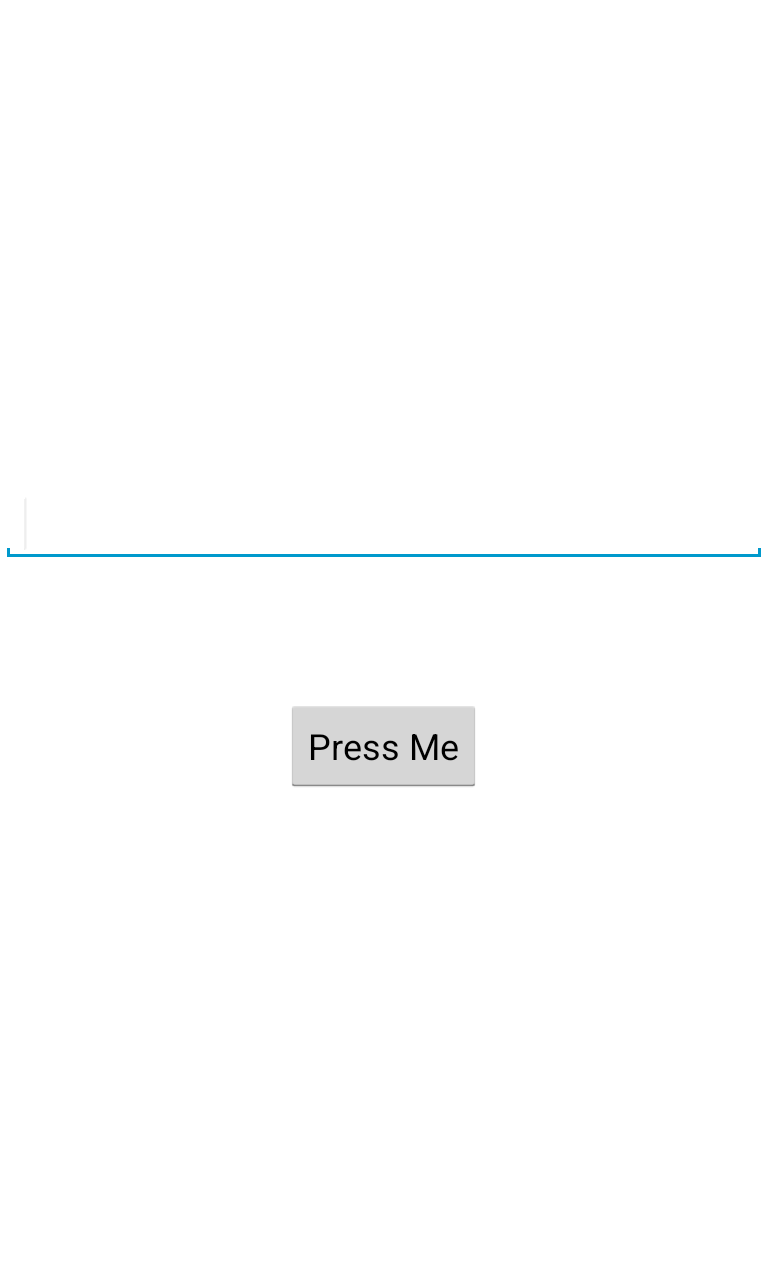
Repository: ArisKots1992/Software-Development
Layout: Anaptiksi Logismikou/Anaptiksi Logismikou/AdminClientApplication/res/layout/first_tab.xml
An editor plug-in stored every save of this project. The layout is shown before and after the next save, followed by the edit.
It is drawn on a 768 x 1280 px phone screen (xhdpi) without system bars, with theme AppTheme; the app's code is not run.

Above is the layout before, as saved 2015-01-17 18:14:26.

### Anaptiksi Logismikou/Anaptiksi Logismikou/AdminClientApplication/res/layout/first_tab.xml
<?xml version="1.0" encoding="utf-8"?>
<LinearLayout xmlns:android="http://schemas.android.com/apk/res/android"
    android:layout_width="match_parent"
    android:layout_height="match_parent"
    android:gravity="center"
    android:orientation="vertical" >

    <EditText
        android:id="@+id/editText1"
        android:layout_width="match_parent"
        android:layout_height="wrap_content"
        android:ems="10" >

        <requestFocus />
    </EditText>

    <TextView
        android:id="@+id/textView"
        android:layout_width="wrap_content"
        android:layout_height="wrap_content"
        android:textSize="50sp"/>

    <Button
        android:id="@+id/button1"
        android:layout_width="wrap_content"
        android:layout_height="wrap_content"
        android:text="Press Me" />

</LinearLayout>

### Anaptiksi Logismikou/Anaptiksi Logismikou/AdminClientApplication/res/values/styles.xml
<resources>

    <!--
        Base application theme, dependent on API level. This theme is replaced
        by AppBaseTheme from res/values-vXX/styles.xml on newer devices.
    -->
    <style name="AppBaseTheme" parent="android:Theme.Light">
        <!--
            Theme customizations available in newer API levels can go in
            res/values-vXX/styles.xml, while customizations related to
            backward-compatibility can go here.
        -->
    </style>

    <!-- Application theme. -->
    <style name="AppTheme" parent="AppBaseTheme">
        <!-- All customizations that are NOT specific to a particular API-level can go here. -->
    </style>

    <style name="CustomStyleButton" parent="@android:style/Widget.Button">
		<item name="android:textSize">16sp</item>
 		<item name="android:textStyle">bold</item>
 		<item name="android:textColor">#dedfdc</item>
 		<item name="android:gravity">center</item>
 		<item name="android:shadowColor">#000000</item>
 		<item name="android:shadowDx">1</item>
 		<item name="android:shadowDy">1</item>
 		<item name="android:shadowRadius">0.6</item>
 		<item  name="android:background">@drawable/custom_button</item>
 		<item name="android:padding">10dip</item>
	</style>
</resources>

Loaded but not shown: Anaptiksi Logismikou/Anaptiksi Logismikou/AdminClientApplication/res/values-v11/styles.xml (common file); Anaptiksi Logismikou/Anaptiksi Logismikou/AdminClientApplication/res/values-v14/styles.xml (common file)

After the next save:
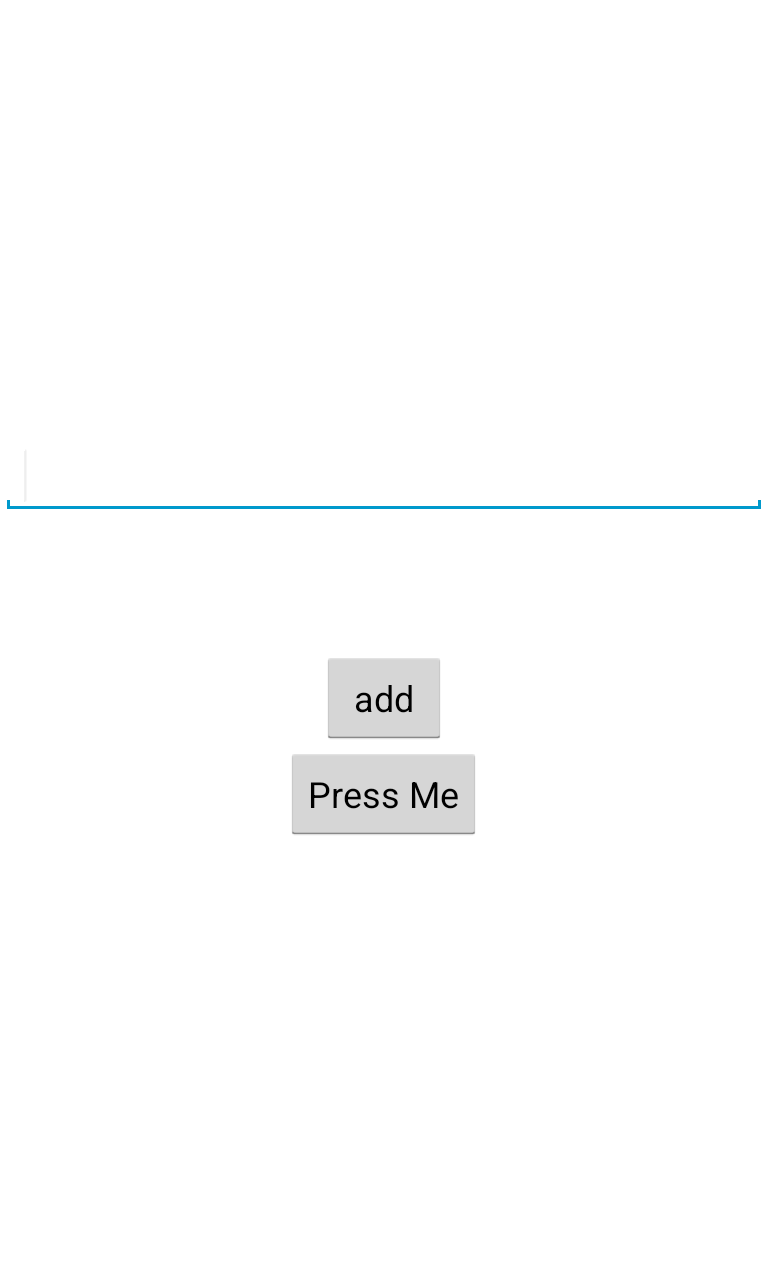
Saved 4 min 50 s later.
--- a/Anaptiksi Logismikou/Anaptiksi Logismikou/AdminClientApplication/res/layout/first_tab.xml
+++ b/Anaptiksi Logismikou/Anaptiksi Logismikou/AdminClientApplication/res/layout/first_tab.xml
@@ -21,6 +21,12 @@
         android:textSize="50sp"/>
 
     <Button
+        android:id="@+id/button2"
+        android:layout_width="wrap_content"
+        android:layout_height="wrap_content"
+        android:text="add" />
+
+    <Button
         android:id="@+id/button1"
         android:layout_width="wrap_content"
         android:layout_height="wrap_content"
